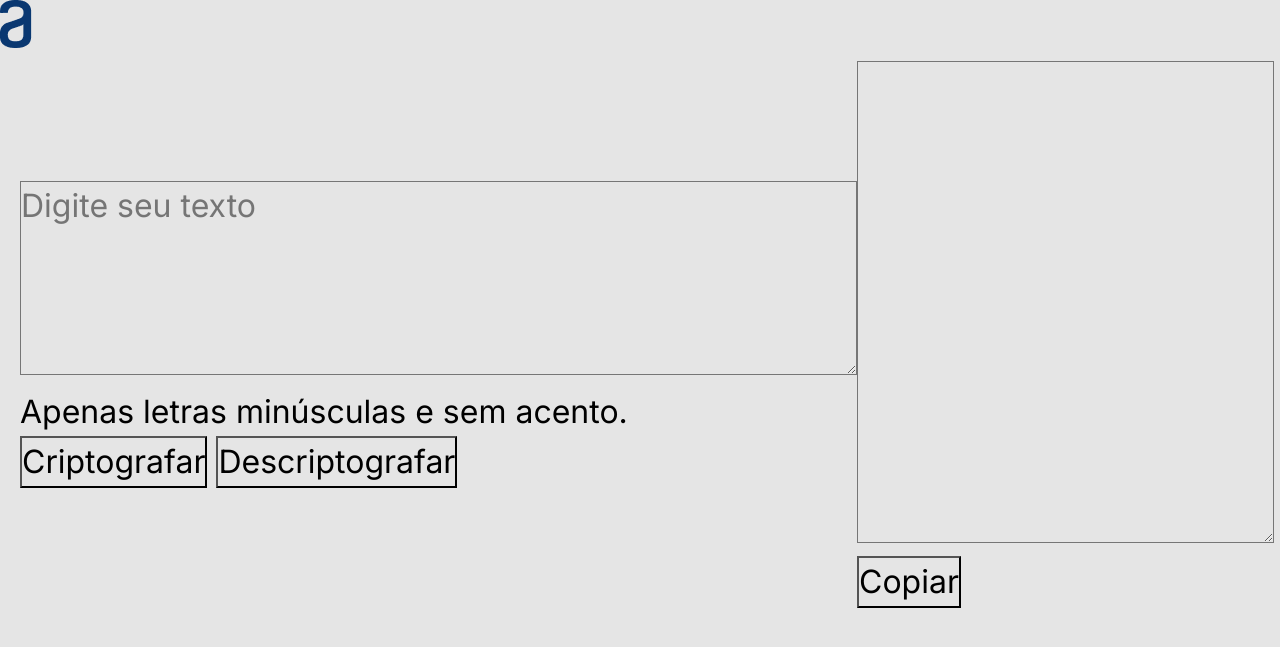
Repository: guilhermecardoso93/decodificador-texto
Page: index.html
An editor plug-in stored every save of this project. The page is shown before and after the next save, followed by the edit.
The browser window is 1280 px wide. The pictures show the whole page.

Above is the page before, as saved 2024-02-28 19:13:09.

### index.html
<!DOCTYPE html>
<html lang="pt-BR">
  <head>
    <meta charset="UTF-8" />
    <meta name="viewport" content="width=device-width, initial-scale=1.0" />
    <link rel="preconnect" href="https://fonts.googleapis.com" />
    <link rel="preconnect" href="https://fonts.gstatic.com" crossorigin />
    <link
      href="https://fonts.googleapis.com/css2?family=Inter:wght@400;500;600;700&display=swap"
      rel="stylesheet"
    />
    <link rel="stylesheet" href="style.css" />
    <title>Desafio - Encriptador</title>
  </head>
  <body>
    <header>
      <img src="./assets/logo.png" alt="Logo Alura" class="'logo-alura" />
    </header>

    <main>
      <section>
        <textarea
          class="text-area"
          cols="41"
          rows="4"
          placeholder="Digite seu texto"
        ></textarea>
        <div class="informaçao">
          <h6>Apenas letras minúsculas e sem acento.</h6>
        </div>
        <div class="botoes">
          <button class="btn-encriptor">Criptografar</button>
          <button class="btn-descriptor">Descriptografar</button>
        </div>
      </section>

      <section>
        <textarea class="mensagem" cols="20" rows="10"></textarea>
        <button class="btn-copiar">Copiar</button>
      </section>
    </main>
  </body>
</html>

### style.css
* {
  margin: 0;
  padding: 0;
  box-sizing: border-box;
  background-color: #E5e5e5;
  font-family: "Inter", sans-serif;
  font-weight: 400;
  font-size: 32px;
  line-height: 150%;
}


.logo-alura {
  margi-left: 10px;
  padding-top: 10px;
  width: 2%;
}

main {
  display: flex;
  align-items: center;
  justify-content: space-between;
  margin-left: 20px;
}

After the next save:
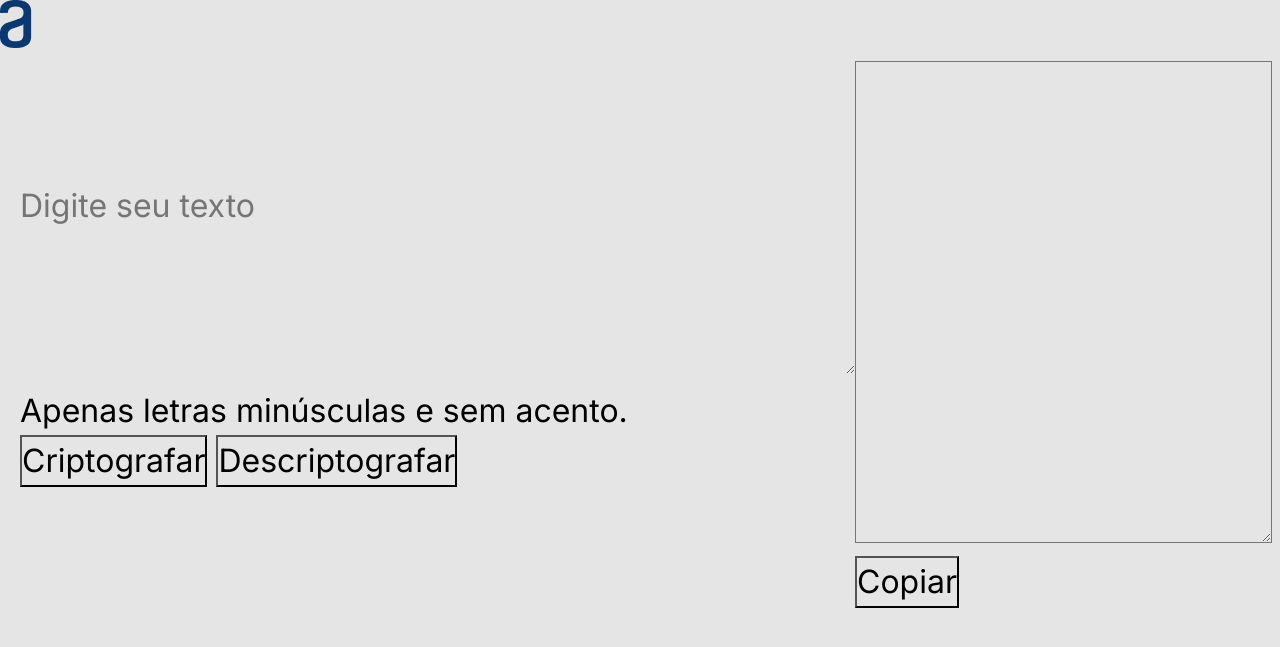
Saved 24 s later.
--- a/style.css
+++ b/style.css
@@ -22,3 +22,7 @@ main {
   justify-content: space-between;
   margin-left: 20px;
 }
+
+.text-area {
+  border: none;
+}
